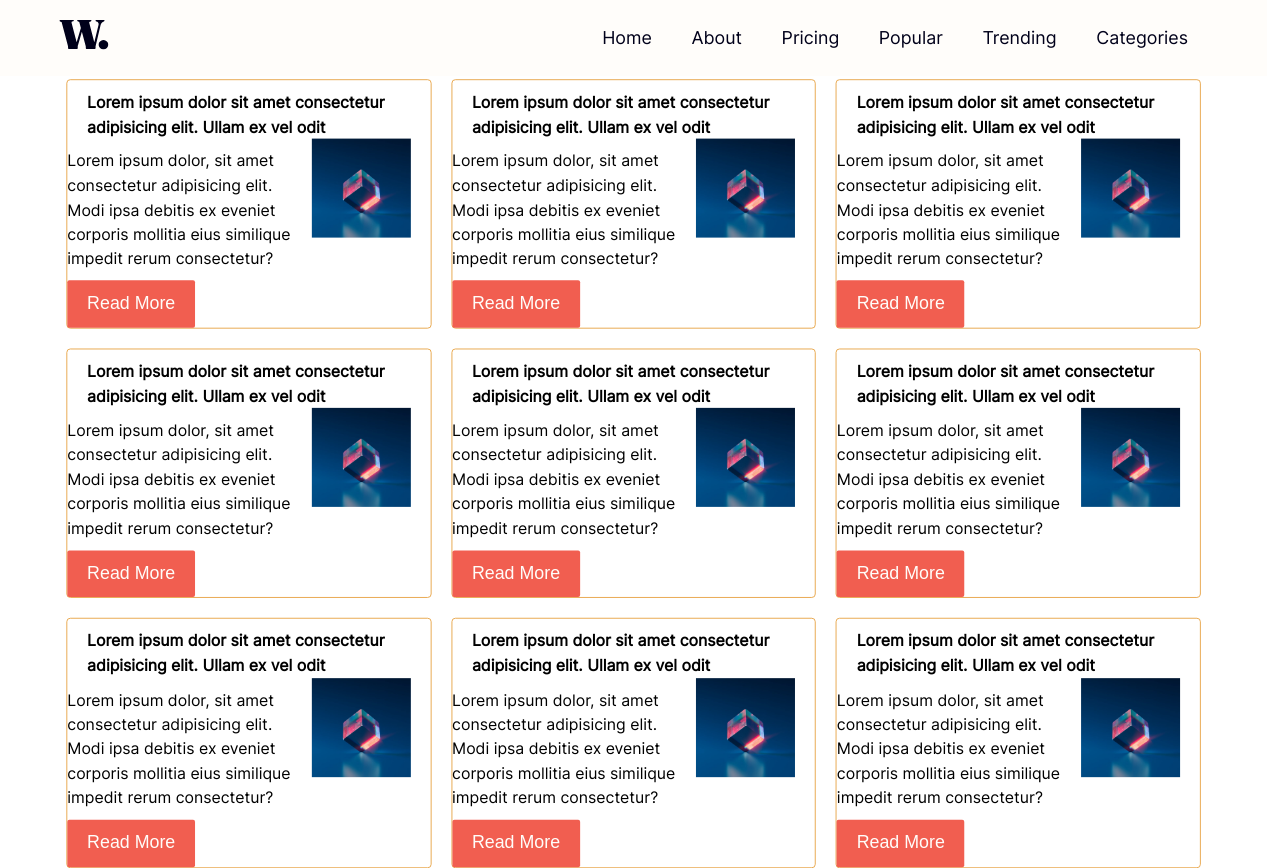
Repository: Benedict-Anthony/web3.0-blog-chain
Page: /trending
These files come from the project's save history. The page is drawn as it stood at one moment and after the next save; the edit follows.
The browser window is 1280 px wide. The pictures show the whole page, at 99% of full size.
The project was rebuilt for these pictures with package versions that can differ from the ones it lists, and the page was loaded fresh each time. The framework's server and built-in components were replaced by stand-ins that run in the browser. Also part of the build but not shown: next.config.js, styles/styles.css.

Above is the page before, as saved 2022-12-21 03:10:09.

### pages/_app.tsx
import '../styles/globals.scss'
import type { AppProps } from 'next/app'
import NavBar from '../components/NavBar'
import "@/styles/styles.css"
export default function App({ Component, pageProps }: AppProps) {
  return (
    <>
      <NavBar />
      <Component {...pageProps} />
    </>
  )
}

### pages/trending.tsx
import Layout from 'components/Layout'
import React from 'react'
import TrendingStyles from "@/styles/Trending.module.scss"
import Trending from 'components/Trending'
import { GetStaticProps } from 'next';

export const getStaticProps: GetStaticProps = async () => {
    // const apiKey = process.env.REACT_APP_RAPID_API_KEY || ""
    // const apiHost = process.env.REACT_APP_RAPID_NEWS_API_HOST || ""
    // // const params = {q: 'crytocurrency', freshness: 'Day', textFormat: 'Raw', safeSearch: 'Off'}
    // const url = `https://bing-news-search1.p.rapidapi.com/news/search?q=cryptocurrency&safeSearch=Off&textFormat=Raw&freshness=Day&count=100`
    // const config = {
    //     headers: {
    //         'X-RapidAPI-Key': apiKey,
    //         'X-RapidAPI-Host':apiHost,
    //         // "Accept-Language": "EN"
    //     }
    // }


    // const response = await fetch(url, config)
    // const data = await response.json()
    // console.log(data)
    return {
        props: {
            // news:data.value
            news:[1,2,3,4,5,6,7,8,9]
        }
    }
}
type TrendingProps = {
    news: {
        id: number
        name: string
        date: string
        slug: string
        image: { thumbnail: { contentUrl: string } }
        description:string
    }[]
}
const TrendingPage = ({news}:TrendingProps) => {

  return (
    <Layout>
          <section className={TrendingStyles.section}>
          {news.map((item) => (
              <Trending news={item} key={item.id}/>
          ))}



              </section>
    </Layout>

  )
}

export default TrendingPage

### styles/globals.scss
:root{
  --SoftOrange: hsl(35, 77%, 62%);
  --SoftRed: hsl(5, 85%, 63%);

  --Red: hsl(0, 78%, 62%);
  --Cyan: hsl(180, 62%, 55%);
  --Orange: hsl(34, 97%, 64%);
  --Blue: hsl(212, 86%, 64%);

  --OffWhite: hsl(36, 100%, 99%);
  --GrayishBlue: hsl(233, 8%, 79%);
  --DarkGrayishBlue: hsl(236, 13%, 42%);
  --VeryDarkBlue: hsl(240, 100%, 5%);
}

@font-face{
  font-family: "Inter";
  src: url("/landing/assets/fonts/static/inter-Bold.ttf");
  src: url("/landing/assets/fonts/static/inter-ExtraBold.ttf");
  src: url("/landing/assets/fonts/static/inter-Regular.ttf");
}

*::after, *::before, *{
  padding: 0;
  margin: 0;
  box-sizing: border-box;
  transition: all .3s ease;
  line-height: 1.54em;
}


ul,li{
  list-style: none;
}

html{
  scroll-behavior: smooth;
}

body{
  font-family: "Inter";
}

.swiper {
    overflow: visible;
}

### components/NavBar.tsx
import React from 'react'
import {useState} from "react"
import Image from 'next/image'
import Link from 'next/link';
import NavBarStyles from "@/styles/navBar.module.scss";

const NavBar = () => {
  const [mobileActive, setMobileActive] = useState(false)
  return (

        <header className={NavBarStyles.header}>
          <nav className={NavBarStyles.nav}>
               <div className="logo">
                <Image src="/landing/assets/images/logo.svg" alt="" width={50} height={30} />
              </div>

              <ul style={{
                right: mobileActive ? "0" : "calc(100vw + 50px)"
              }}>
                  <li><Link href={"/"}>Home</Link></li>
                  <li><Link href={"/about"}>About</Link></li>
                  <li><Link href={"/pricing"}>Pricing</Link></li>
                  <li><Link href={"/popular"}>Popular</Link></li>
                  <li><Link href={"/trending"}>Trending</Link></li>
                  <li><Link href={"/categories"}>Categories</Link></li>

              </ul>

                  <div className={NavBarStyles.toggler} onClick={() => setMobileActive(!mobileActive)}>
                      <Image src={`/landing/assets/images/${mobileActive ? "icon-menu-close.svg" : "icon-menu.svg"}`} alt="" width={25} height={20} />
            </div>

         </nav>
    </header>

  )
}

export default NavBar

### components/Layout.tsx
import React from 'react'
import UtilsStyles from "@/styles/Utils.module.scss";
import {ReactNode} from "react"

type layoutProps = {
    children: ReactNode
}
const Layout = ({children}:layoutProps) => {
  return (
    <main className={UtilsStyles.container}>
      <section className={UtilsStyles.spaceY}>
        {children}
      </section>
      </main>
  )
}

export default Layout

### styles/Trending.module.scss
.article{
    border: 1px solid var(--SoftOrange);
    border-radius: 4px;

    &:hover{
        transform: scale(.99);
    }
    div{
        width: 100%;
        position: relative;
        img{
            width: 100px;
            float: right;
        }
        span{
            font-size: 1.1rem;
            color: var(--SoftRed);
            position: absolute;
            top: 30px;
            left: 30px;
       }
    }

    div{
        padding: 10px 20px;
        // text-align: center;
        p{
            padding: 10px 0;
            font-size: 1.2rem;
            // text-align:left;
        }
    }
}

.section{
    display: grid;
    grid-template-columns: repeat(auto-fit, minmax(22rem, 1fr));
    justify-content: space-between;
    align-items: center;
    gap: 20px;
}

### components/Trending.tsx
import React from 'react'
import TrendingStyles from "@/styles/Trending.module.scss"
import Button from './Button'
type TrendingProps = {
    news: {
        id: number
        name: string
        date: string
        slug: string
      image: { thumbnail: { contentUrl: string } }
        description:string
    }
}

const Trending = ({news}:TrendingProps) => {
  return (
    <article className={TrendingStyles.article}>
      <div>
              <h4>Lorem ipsum dolor sit amet consectetur adipisicing elit. Ullam ex vel odit </h4>

              {/* <img src={news.image ? news.image.thumbnail.contentUrl : "nft/images/image-equilibrium.jpg"} alt="" /> */}
              <img src={"nft/images/image-equilibrium.jpg"} alt="" />
              <span>{news.date}</span>
          </div>

          {/* <div> */}
        {/* <p>{news.description}</p> */}
        <p>Lorem ipsum dolor, sit amet consectetur adipisicing elit. Modi ipsa debitis ex eveniet corporis mollitia eius similique impedit rerum consectetur?</p>

              <Button title='read more'/>
          {/* </div> */}
    </article>
  )
}

export default Trending

### styles/navBar.module.scss
.header{
    position: fixed;
    top: 0;
    right: 0;
    left: 0;
    // max-width: 1160px;
    margin: 0 auto;
    padding: 20px;
     background-color: var(--OffWhite);
     z-index:10;
    //  box-shadow:  2px 1px 3px var(--DarkGrayishBlue);
}

.nav{
    display: flex;
    justify-content: space-between;
    align-items: center;
     max-width: 1160px;
    margin: 0 auto;

    .logo{
        width: 50px;
    }

    ul{
        display: flex;
        align-items: center;
        justify-content: space-between;

        li{
            margin: 0 20px;

            a{
                text-decoration: none;
                font-size: 18px;
                color: var(--VeryDarkBlue);
                font-family: "Inter";
                font-weight: 400;
                &:hover{
                    color: var(--SoftRed);
                    cursor: pointer;
                }
            }
        }
    }

    @media(max-width:767px) {
        ul{
            position: absolute;
            top: 0;
            width: 80%;
            background-color: var(--OffWhite);
            box-shadow: 2px 2px 3px var(--DarkGrayishBlue);
            height: 100vh;
            flex-flow: column;
            justify-content: center;
            align-items: flex-start;
            padding-left: 10px;

            li{
                margin: 20px 0;

                a{
                    font-size: 22px;
                }
            }

        }


    }
}



.toggler{
        display: none;


        @media(max-width:767px) {
            display: block;
            z-index: 10;
        }
    }

### styles/Utils.module.scss
.container{
    max-width: 1160px;
    margin: 0 auto;
    overflow:hidden;
    padding: 0 7px;
}

.spaceY{
    padding-top: 2.5rem;
    margin-top: 2.5rem;
}

### components/Button.tsx
import React from 'react'
import ButtonbStyles from "@/styles/Button.module.scss"
type ButtonProps = {
    title:string
}
const Button = ({title}: ButtonProps) => {
  return (
    <button className={ButtonbStyles.button}>
      {title}
    </button>
  )
}

export default Button

### styles/Button.module.scss
.button{
    display: inline-block;
    color: var(--OffWhite);
    padding: 10px 20px;
    border: 0;
    background-color: var(--SoftRed);
    margin-top: 10px;
    font-size: 18px;
    border-radius: 2px;
    text-transform: capitalize;

    &:hover{
        cursor: pointer;
        background-color: var(--VeryDarkBlue);
    }
}

After the next save:
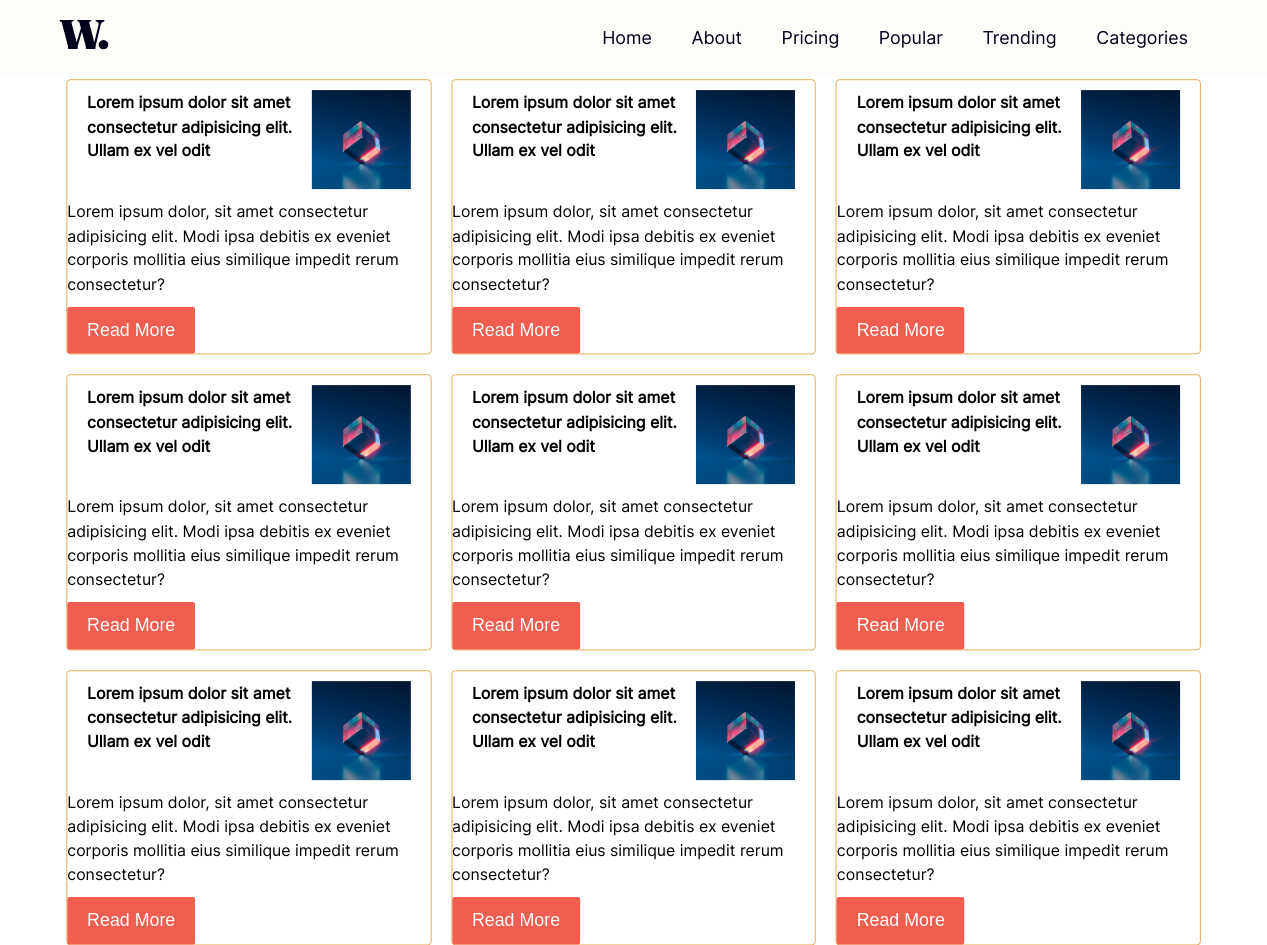
Saved 38 s later.
--- a/styles/Trending.module.scss
+++ b/styles/Trending.module.scss
@@ -8,17 +8,14 @@
     div{
         width: 100%;
         position: relative;
+        display: flex;
+        justify-content: space-between;
+        align-items: flex-start;
         img{
             width: 100px;
             float: right;
         }
-        span{
-            font-size: 1.1rem;
-            color: var(--SoftRed);
-            position: absolute;
-            top: 30px;
-            left: 30px;
-       }
+
     }
 
     div{
